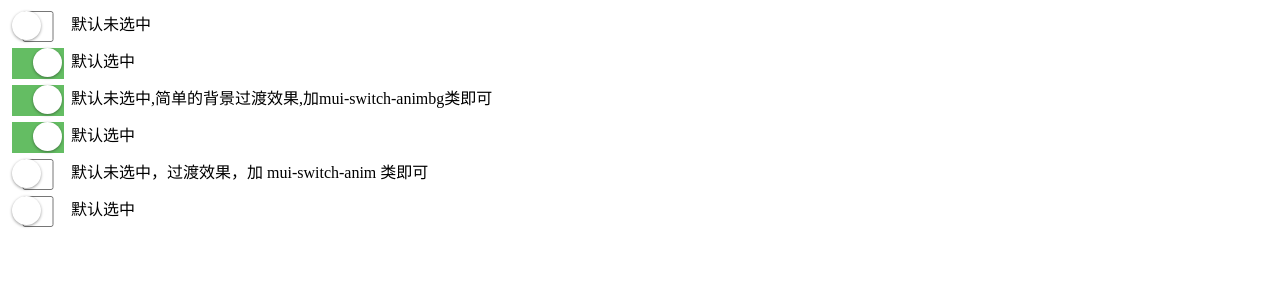
Repository: Germtao/Web
Page: web_css/css_others.html
These files come from the project's save history. The page is drawn as it stood at one moment and after the next save; the edit follows.
The browser window is 1280 px wide. The pictures show the whole page.
The first `.mui-switch.mui-switch-animbg` is checked.

Above is the page before, as saved 2020-11-05 15:31:20.

After the next save:
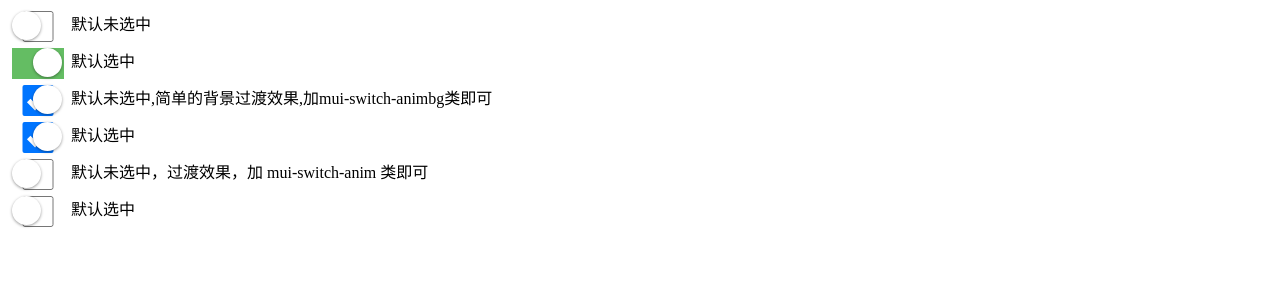
Saved 47 s later.
--- a/web_css/css_others.html
+++ b/web_css/css_others.html
@@ -68,6 +68,11 @@
     .mui-switch.mui-switch-animbg::before {
       transition: left 0.3s;
     }
+
+    .mui-switch.mui-switch-animbg:checked {
+      box-shadow: #dfdfdf 0 0 0 0 inset;
+      background-color: #64bd63;
+    }
   </style>
 </head>
 
